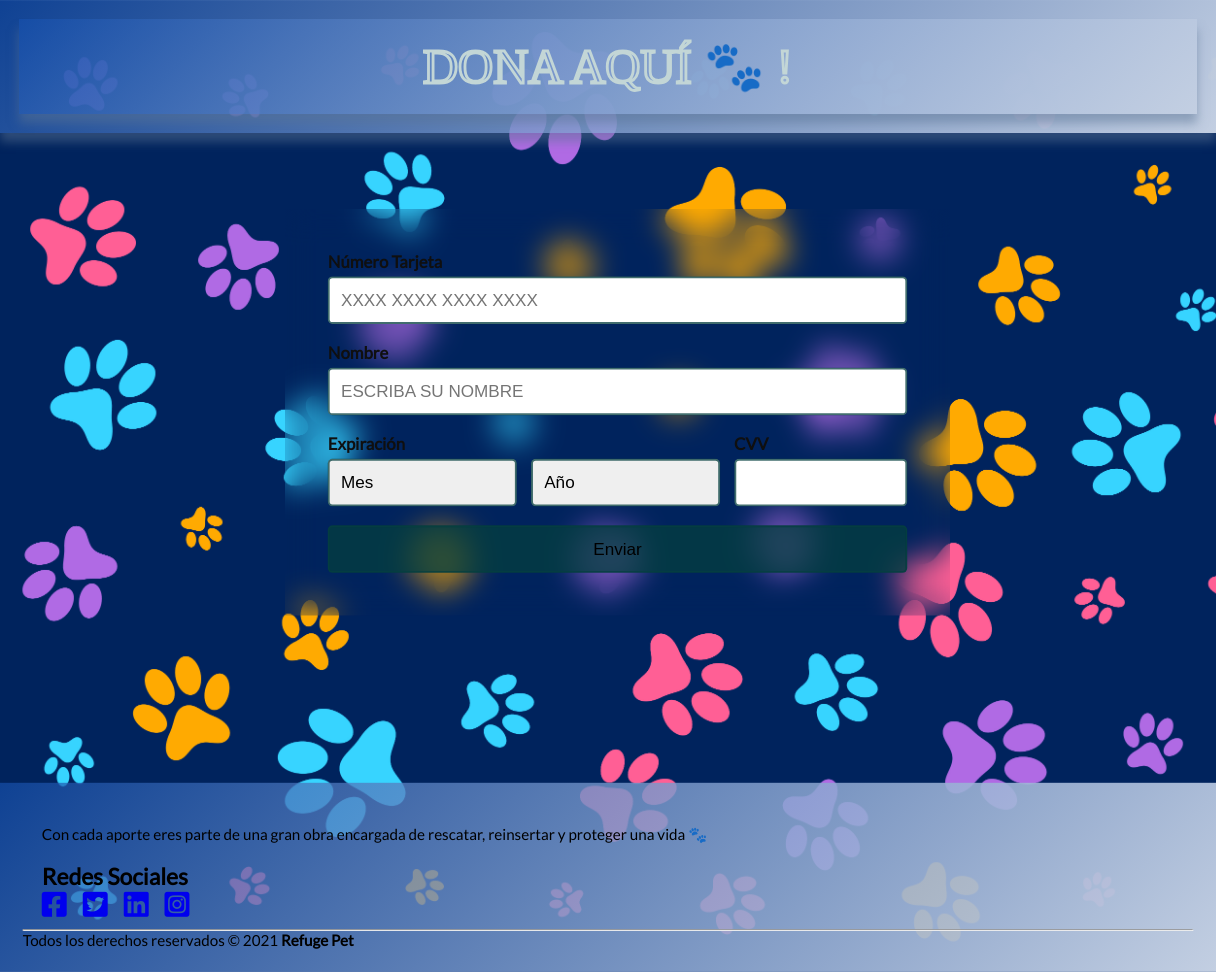
Repository: andreasvidal/SCL019-card-validation
Page: src/views/cardvalidation.html
The author's editor kept a copy of each file at every save. The page is drawn from the files as they stood at one save, then again after the next save.
The browser window is 1280 px wide. The pictures show the whole page, at 95% of full size.
Some web fonts or font styles are not loaded; a fallback is used. Some web libraries are served in a nearby version.

Above is the page before, as saved 2022-04-13 10:06:40.

### src/views/cardvalidation.html
<!DOCTYPE html>
<html lang="en">

<head>
    <meta charset="UTF-8" />
    <meta http-equiv="X-UA-Compatible" content="IE=edge" />
    <meta name="viewport" content="width=device-width, initial-scale=1.0" />
    <link rel="preconnect" href="https://fonts.googleapis.com" />
    <link rel="preconnect" href="https://fonts.gstatic.com" crossorigin />
    <link href="https://fonts.googleapis.com/css2?family=Lato:ital,wght@0,400;1,700&display=swap" rel="stylesheet" />
    <link rel="preconnect" href="https://fonts.googleapis.com" />
    <link rel="preconnect" href="https://fonts.gstatic.com" crossorigin />
    <link href="https://fonts.googleapis.com/css2?family=Hurricane&family=Lato:ital,wght@1,700&display=swap" rel="stylesheet" />
    <link rel="stylesheet" href="https://use.fontawesome.com/releases/v5.8.1/css/all.css" integrity="sha384-50oBUHEmvpQ+1lW4y57PTFmhCaXp0ML5d60M1M7uH2+nqUivzIebhndOJK28anvf" crossorigin="anonymous" />
    <link rel="stylesheet" href="../css/formstyle.css" />
    <link rel="stylesheet" href="../css/style.css" />
    <title>Formulario</title>
</head>

<!--contenido principal formulario-->

<body>
    <div class="subtitle">
        <p class="subtitle">DONA AQUÍ 🐾 !</p>
    </div>
    <form id="formValidation" class="form-validation">
        <div class="bg-blur">
            <div class="data-card" id="dataForm">
                <label for="inputNumber">Número Tarjeta</label>
                <input type="text" id="inputNumber" name="number" maxlength="16" autocomplete="off" pattern="[0-9]+" placeholder="XXXX XXXX XXXX XXXX" required />
                <h5 id="print"></h5>
            </div>
            <div class="data-card">
                <label for="inputNameUser">Nombre </label>
                <input type="text" id="inputNameUser" name="nameUser" placeholder="Escriba su nombre" required />
                <h5 id="print"></h5>
            </div>
            <!--datos expiración tarjeta-->
            <div class="flexbox">
                <div class="data-card expider-date">
                    <label for="monthSelect">Expiración</label>
                    <div class="flexbox">
                        <div class="data-card-select">
                            <select name="monthSelect" id="monthSelect" required>
                <option disabled selected>Mes</option>
                <option value="1">1</option>
                <option value="2">2</option>
                <option value="3">3</option>
                <option value="4">4</option>
                <option value="5">5</option>
                <option value="6">6</option>
                <option value="7">7</option>
                <option value="8">8</option>
                <option value="9">9</option>
                <option value="10">10</option>
                <option value="11">11</option>
                <option value="12">12</option>
              </select>
                        </div>
                        <div class="data-card-select">
                            <select name="yearSelect" id="yearSelect" required>
                <option disabled selected>Año</option>
                <option value="2">2014</option>
                <option value="5">2015</option>
                <option value="6">2016</option>
                <option value="7">2017</option>
                <option value="8">2018</option>
                <option value="9">2019</option>
                <option value="10">2020</option>
                <option value="11">2021</option>
                <option value="12">2022</option>
              </select>
                        </div>
                    </div>
                </div>
                <div class="data-card ccv">
                    <label for="inputCcv">CVV</label>
                    <input type="text" id="inputCcv" name="inputCcv" maxlength="3" required />
                </div>
            </div>
            <button type="submit" value="sendForm" class="btn-send" id="sendForm">
        Enviar
      </button>
        </div>
    </form>
    <footer>
        <div class="container__footer">
            <div class="box__footer">
                <div class="terms">
                    <p>
                        Con cada aporte eres parte de una gran obra encargada de rescatar, reinsertar y proteger una vida 🐾
                    </p>
                </div>
            </div>
            <div class="box__footer">
                <h2>Redes Sociales</h2>
                <a href="#"> <i class="fab fa-facebook-square"></i></a>
                <a href="#"><i class="fab fa-twitter-square"></i></a>
                <a href="#"><i class="fab fa-linkedin"></i></a>
                <a href="#"><i class="fab fa-instagram-square"></i></a>
            </div>
        </div>
        <div class="box__copyright">
            <hr />
            <p>Todos los derechos reservados © 2021 <b>Refuge Pet</b></p>
        </div>
    </footer>
    <!-- jQuery-->
    <script src="https://ajax.googleapis.com/ajax/libs/jquery/3.6.0/jquery.min.js"></script>
    <!--materialize -->
    <!--JS-->
    <script src="../js/index.js" type="module"></script>
</body>

</html>

### src/css/formstyle.css
* {
    padding: 0;
    margin: 0;
    box-sizing: border-box;
}

body {
    font-family: 'Lato', 'sans-serif';
    background-image: url(../assets/img/fondopatas.jpg);
    background-size: cover;
    background-repeat: no-repeat;
}


/*estilos formulario validacion*/

.form-validation {
    color: beige;
    width: 100%;
    max-width: 700px;
    margin-left: 300px;
    border-radius: 10px;
    position: relative;
    top: 80px;
    z-index: 1;
}

.bg-blur {
    backdrop-filter: blur(1rem);
    width: 100%;
    padding: 45px;
}

.form-validation label {
    display: block;
    color: rgb(15, 15, 15);
    margin-bottom: 5px;
    font-size: 1.1rem;
    font-weight: 700;
}

.form-validation input,
.form-validation select,
.btn-send {
    border: 2px solid rgba(4, 63, 63, 0.753);
    font-size: 18px;
    height: 50px;
    width: 100%;
    padding: 5px 12px;
    border-radius: 5px;
}

.form-validation input:hover,
.form-validation select:hover {
    border: 2px solid rgb(23, 24, 24);
}

.form-validation input:focus,
.form-validation select:focus {
    outline: rgb(173, 182, 182);
    box-shadow: 0 8px 8px 0 rgba(32, 38, 46, 0.3);
}

.form-validation input {
    margin-bottom: 20px;
    text-transform: uppercase;
}

.form-validation .flexbox {
    display: flex;
    justify-content: space-between;
}

.form-validation .expider-date {
    width: 100%;
}

.form-validation .ccv {
    min-width: 10px;
}

.form-validation .data-card-select {
    width: 100%;
    margin-right: 15px;
    position: relative;
}

.form-validation select {
    -webkit-appearance: none;
}


/*backgrond btn enviar*/

.btn-send {
    background: rgba(4, 63, 63, 0.753);
    ;
}

.btn-send:hover {
    background-color: rgba(94, 126, 136, 0.651);
    cursor: pointer;
}

#print {
    color: rgb(38, 41, 41);
    font-size: 16px;
}


/*footer*/

.terms {
    height: 30px;
    margin-bottom: 50px;
}

footer {
    width: 100%;
    padding: 1.5rem;
    margin-top: 20%;
    background-size: cover;
    background-image: linear-gradient(135deg, #1650adad 0%, #c3cfe2 100%);
    box-shadow: 0 10px 10px 0 rgba(90, 116, 148, 0.3);
}

.box__footer {
    padding: 20px;
    height: 10px;
}

.fab {
    padding-right: 40px;
    width: 20px;
    height: 20px;
    font-size: 30px;
}

.box__copyright {
    padding-top: 50px;
}

### src/css/style.css
     * {
         padding: 0;
         margin: 0;
         box-sizing: border-box;
     }

     body {
         font-family: 'Lato', 'sans-serif';
         background-image: url(../assets/img/fondopatas.jpg);
     }
     /*estilo titulo*/

     .title-h1 {
         font-family: 'Raleway', sans-serif;
         text-decoration: underline overline wavy rgba(183, 0, 255, 0.514);
         padding: 40px 100px;
         color: rgb(74, 80, 80);
         display: flex;
         flex-direction: column;
         align-items: center;
         box-shadow: 0 10px 10px 0 rgba(90, 116, 148, 0.3);
         background-image: linear-gradient(135deg, #f5f7fa 0%, #c3cfe2 100%);
         font-size: 8vw;
     }

     .subtitle {
         font-family: 'Shadows Into Light', cursive;
         text-align: center;
         padding: 20px 20px;
         color: rgb(74, 80, 80);
         font-size: 4vw;
         -webkit-text-fill-color: transparent;
         -webkit-text-stroke: 3px rgb(195, 214, 214);
         background-image: linear-gradient(135deg, #1650adad 0%, #c3cfe2 100%);
         box-shadow: 0 10px 10px 0 rgba(90, 116, 148, 0.5);
     }

     .img-banner {
         display: flex;
         height: 500px;
         z-index: -1;
         flex-direction: row;
         margin-left: 50px;
         align-items: center;
         margin-bottom: -50px;
         border-radius: 15px;
     }
     /*contenedor tarjeta*/

     .container {
         width: 90%;
         max-width: 1000px;
         padding: 20px 60px;
         margin: auto;
         display: flex;
         /* deja los elementos en forma de columna*/
         flex-direction: column;
         /*align-items no sirve para centrar de forma vertical (se utiliza justify), se utiliza al cambiar la dirección con flex-direction*/
         align-items: center;
     }
     /*estilo tarjeta*/

     .card {
         padding-top: 30px;
         width: 100%;
         max-width: 550px;
         position: relative;
         color: rgb(37, 36, 36);
         cursor: pointer;
     }

     .card>div {
         padding: 30px;
         border-radius: 15px;
         min-height: 315px;
         display: flex;
         flex-direction: column;
         justify-content: space-between;
         box-shadow: 0 10px 10px 0 rgba(90, 116, 148, 0.822);
     }

     .style-card {
         width: 100%;
         background: url(../assets/img/background-card/bg-img-2.jpg);
         background-size: cover;
     }
     /*para mantener el espeacio de la imagen logo (contenedor vacio)*/

     .style-card .logo-card {
         text-align: right;
         min-height: 50px;
     }

     .style-card .logo-card img {
         width: 100%;
         height: 100%;
         object-fit: cover;
         max-width: 80px;
     }

     .style-card .chip-card {
         width: 100%;
         max-width: 50px;
         margin-bottom: 20px;
     }

     .style-card .form-group .card-label {
         font-size: 16px;
         color: rgb(115, 131, 131);
         margin-bottom: 5px;
     }

     .style-card .card-group .number-card,
     .style-card .card-group .name-card,
     .style-card .card-group .expider {
         /*color: rgb(74, 80, 80);*/
         font-size: 22px;
         text-transform: uppercase;
     }

     .style-card .flexbox {
         display: flex;
         justify-content: space-between;
         margin-top: 20px;
     }
     /*btn abrir formulario*/

     .btn-open {
         color: rgb(195, 214, 214);
         box-shadow: 0 10px 10px 0 rgba(90, 116, 148, 0.3);
         background: rgba(183, 0, 255, 0.514);
         width: 50px;
         height: 50px;
         margin-top: -10px;
         border-radius: 100%;
         z-index: 2;
     }

     .btn-open:hover {
         opacity: 0.50;
         -moz-opacity: .50;
         filter: alpha (opacity=50);
     }

     .btn-open {
         text-decoration: none;
         padding-top: 15px;
         text-align: center;
     }

### src/js/index.js
/*import validator from '../js/validator.js';

//Llamando al DOM

const btnForm = document.getElementById("sendForm");
const form = document.getElementById("#formValidation");
btnForm.addEventListener('click', function(e) {
    e.preventDefault();
    let creditCardNumber = document.getElementById('inputNumber').value;
    let maskified = validator.maskify(creditCardNumber);
    if (creditCardNumber === "") {
        return document.getElementById("print").innerHTML = "Reingrese su número de tarjeta sin espacios ni carácteres especiales";
    } else {
        return document.getElementById("print").innerHTML = "Tu tarjeta N° " + maskified + " es válida";
    }
})


// inputName solo letras, inputCcv y inputNumber  solo numeros
let inputNumber = document.getElementById('inputNumber');
let inputName = document.getElementById('inputNameUser');
let inputCcv = document.getElementById('inputCcv');

const onlyNum = /[^0-9]/g;
const onlypLet = /[^a-zA-ZÑñáéíóúÁÉÍÓÚ\s]*$/g;
inputNumber.addEventListener('input', function() {
    inputNumber.value = inputNumber.value.replace(onlyNum, '');
});
inputName.addEventListener('input', function() {
    inputName.value = inputName.value.replace(onlypLet, '');
});
inputCcv.addEventListener('input', function() {
    inputCcv.value = inputCcv.value.replace(onlyNum, '');
});

// mes y años
for (let i = 1; i <= 12; i++) {
    let optionDate = document.createElement('option');
    optionDate.value = i;
    optionDate.innerText = i;
    form.monthSelect.appendChild(optionDate);
}

// * Select del año generado dinamicamente.
const yearActual = new Date().getFullYear();
for (let i = yearActual; i <= yearActual + 8; i++) {
    let optionDate = document.createElement('option');
    optionDate.value = i;
    optionDate.innerText = i;
    optionDate.selectYear.appendChild(optionDate);
}*/

After the next save:
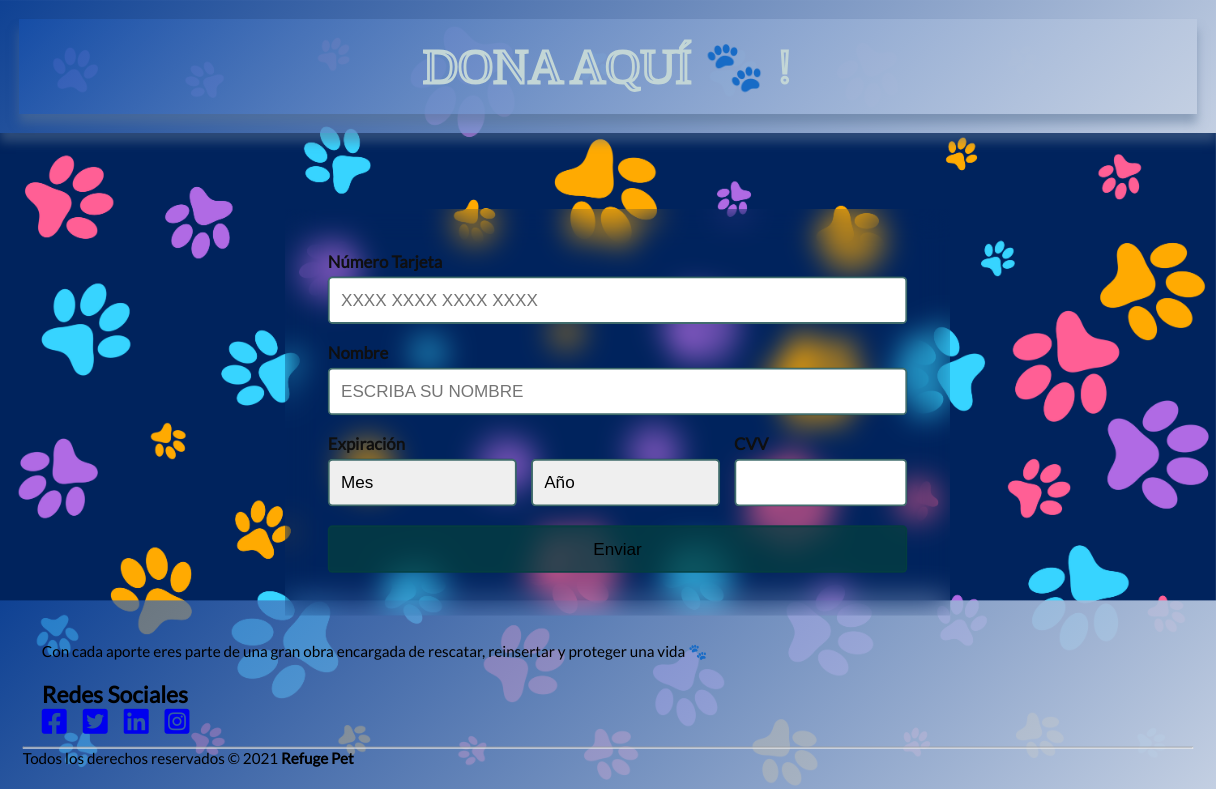
Saved 14 s later.
--- a/src/css/formstyle.css
+++ b/src/css/formstyle.css
@@ -118,7 +118,7 @@ body {
 footer {
     width: 100%;
     padding: 1.5rem;
-    margin-top: 20%;
+    margin-top: 5%;
     background-size: cover;
     background-image: linear-gradient(135deg, #1650adad 0%, #c3cfe2 100%);
     box-shadow: 0 10px 10px 0 rgba(90, 116, 148, 0.3);
